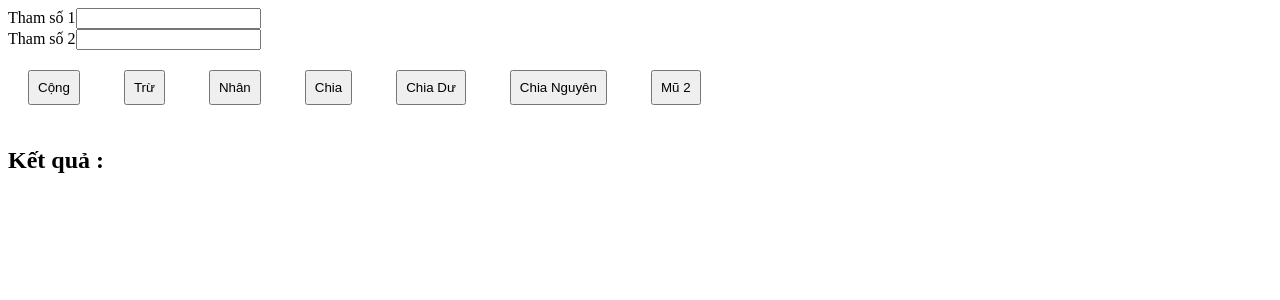
Repository: Toni3498/JsCourse
Page: number/index.html
An editor plug-in stored every save of this project. The page is shown before and after the next save, followed by the edit.
The browser window is 1280 px wide. The pictures show the whole page.

Above is the page before, as saved 2021-08-17 19:32:54.

### number/index.html
<!DOCTYPE html>
<html lang="en">
  <head>
    <meta charset="UTF-8" />
    <meta http-equiv="X-UA-Compatible" content="IE=edge" />
    <meta name="viewport" content="width=device-width, initial-scale=1.0" />
    <title>JS-Exercises</title>
    <link href="style.css" rel="stylesheet" />
  </head>

  <body>
    <div class="input">
      <label for="ts1">Tham số 1</label><input type="number" id="ts1" /><br />
      <label for="ts2">Tham số 2</label><input type="number" id="ts2" />
    </div>
    <div class="optionCalc">
      <button id="sum">Cộng</button>
      <button id="sub">Trừ</button>
      <button id="mul">Nhân</button>
      <button id="div">Chia</button>

      <button id="chiaDu">Chia Dư</button>
      <button id="chiaNguyen">Chia Nguyên</button>
      <button id="pow">Mũ 2</button>
    </div>
    <div class="result">
      <h2 style="display: inline-block">Kết quả :</h2>
      <h1 style="display: inline-block" id="kq"></h1>
    </div>

    <script>
      var x = document.getElementById('ts1');
      var y = document.getElementById('ts2');

      //1. Hàm cộng 2 tham số
      function sumNumber() {
        document.getElementById('kq').innerHTML = parseInt(x.value) + parseInt(y.value);
      }
      //Hàm trừ 2 tham số
      function subNumber() {
        document.getElementById('kq').innerHTML = parseInt(x.value) - parseInt(y.value);
      }
      //Hàm nhân 2 tham số
      function multiNumber() {
        document.getElementById('kq').innerHTML = parseInt(x.value) * parseInt(y.value);
      }
      // Hàm chia 2 tham số
      function divNumber() {
        document.getElementById('kq').innerHTML = parseFloat(x.value) / parseFloat(y.value);
      }
      //hàm chia dư 2 tham số
      function chiaDu() {
        document.getElementById('kq').innerHTML = parseInt(x.value) % parseInt(y.value);
      }
      // Hàm chia nguyên 2 tham số (a - a % b) / b;
      function chiaNguyen() {
        document.getElementById('kq').innerHTML =
          (parseInt(x.value) - (parseInt(x.value) % parseInt(y.value))) / parseInt(y.value);
      }
      // Hàm mũ 2 tham số
      function powNumber() {
        document.getElementById('kq').innerHTML = parseInt(x.value) ** parseInt(y.value);
      }

      // EventListener
      document.getElementById('sum').addEventListener('click', sumNumber);
      document.getElementById('sub').addEventListener('click', subNumber);
      document.getElementById('mul').addEventListener('click', multiNumber);
      document.getElementById('div').addEventListener('click', divNumber);
      document.getElementById('chiaDu').addEventListener('click', chiaDu);
      document.getElementById('chiaNguyen').addEventListener('click', chiaNguyen);
      document.getElementById('pow').addEventListener('click', powNumber);
    </script>
  </body>
</html>

### number/style.css
.optionCalc button {
  margin: 20px;
  padding: 8px;
}

After the next save:
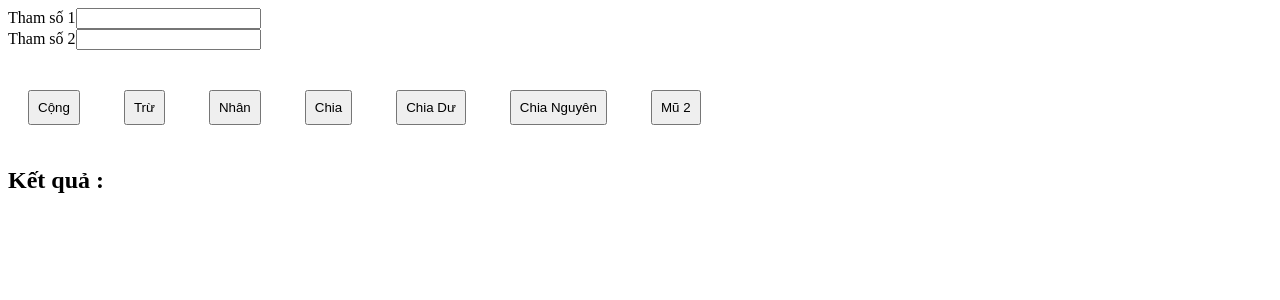
Saved 34 s later.
--- a/number/style.css
+++ b/number/style.css
@@ -1,3 +1,6 @@
+.input {
+  margin-bottom: 20px;
+}
 .optionCalc button {
   margin: 20px;
   padding: 8px;
